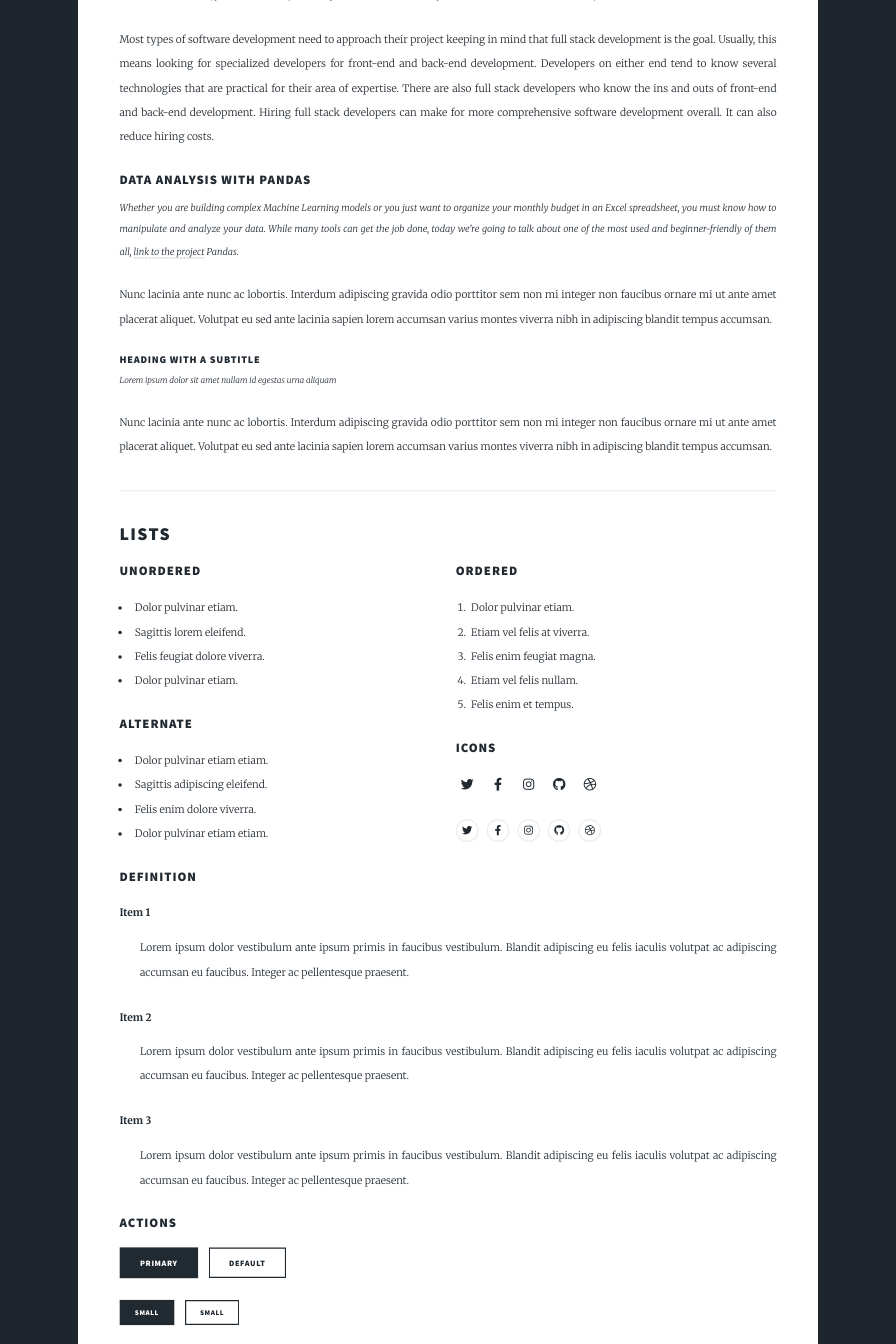
Repository: enlilsudo/Orlando-Portfolio
Page: elements.html
The author's editor kept a copy of each file at every save. The page is drawn from the files as they stood at one save, then again after the next save.
The browser window is 1280 px wide. The pictures show the part of the page from y = 1930 to 3850 px (the page is 10452 px tall before and 10468 px after), at 70% of full size.

Above is the page before, as saved 2023-02-19 14:25:35.

After the next save:
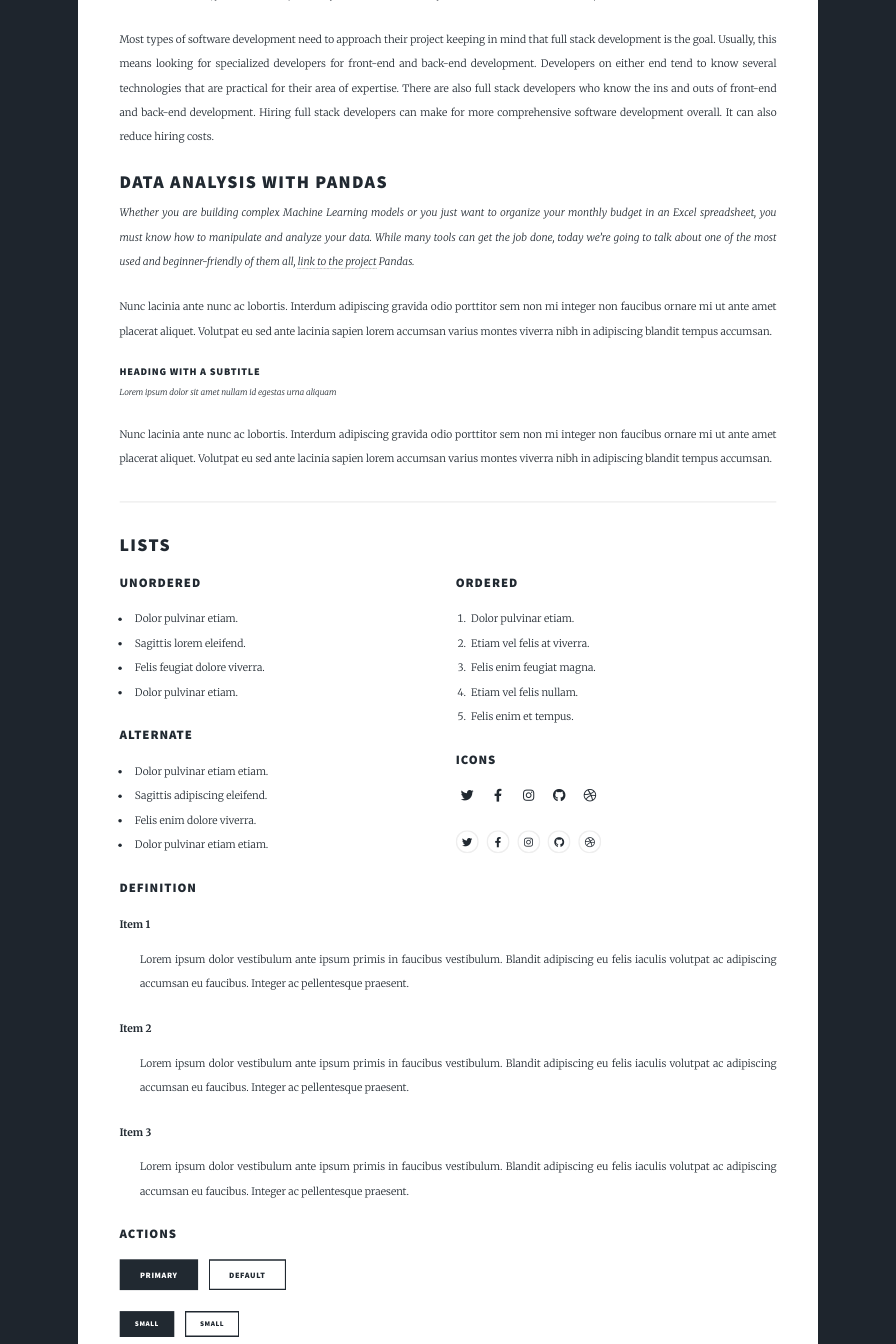
Saved 104 s later.
--- a/elements.html
+++ b/elements.html
@@ -89,7 +89,7 @@
 										There are also full stack developers who know the ins and outs of front-end and back-end development.
 										Hiring full stack developers can make for more comprehensive software development overall. It can also reduce hiring costs. </p>
 									<header>
-										<h3>Data analysis with Pandas</h3>
+										<h2>Data analysis with Pandas</h2>
 										<p>Whether you are building complex Machine Learning models or you just want to organize your monthly budget in an Excel spreadsheet, you must know how to manipulate and analyze your data.
 											While many tools can get the job done, today we’re going to talk about one of the most used and beginner-friendly of them all, <a href="https://pandas.pydata.org/">link to the project</a> Pandas.</p>
 									</header>
